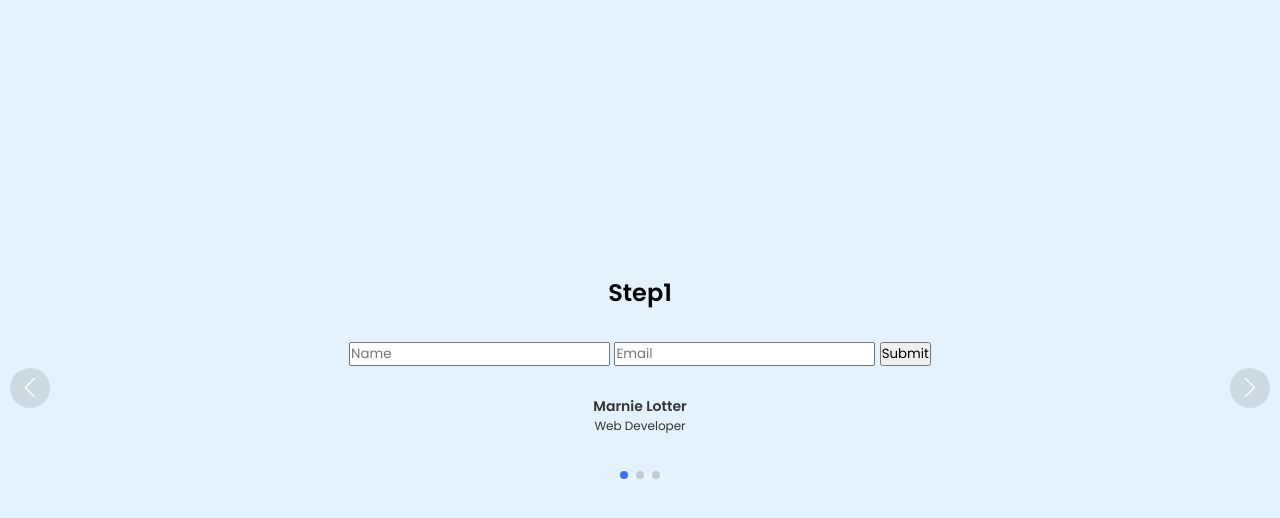
Repository: Habeebur1493/-22-multi-step-form
Page: index.html
These files come from the project's save history. The page is drawn as it stood at one moment and after the next save; the edit follows.
The browser window is 1280 px wide. The pictures show the whole page.

Above is the page before, as saved 2024-10-13 12:41:40.

After the next save:
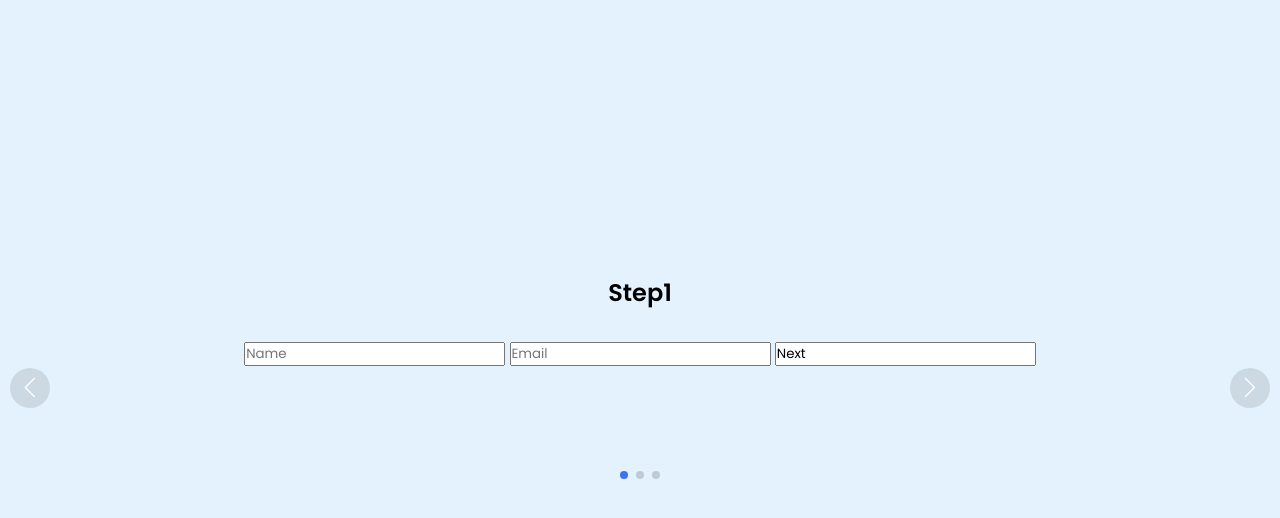
Saved 31 s later.
--- a/index.html
+++ b/index.html
@@ -27,15 +27,8 @@
             <form action="">
               <input type="text" placeholder="Name" />
               <input type="email" placeholder="Email" />
-              <input type="submit" value="Submit" />
+              <input type="next" value="Next" />
             </form>
-
-
-
-            <div class="details">
-              <span class="name">Marnie Lotter</span>
-              <span class="job">Web Developer</span>
-            </div>
           </div>
           <div class="slide swiper-slide">
 
